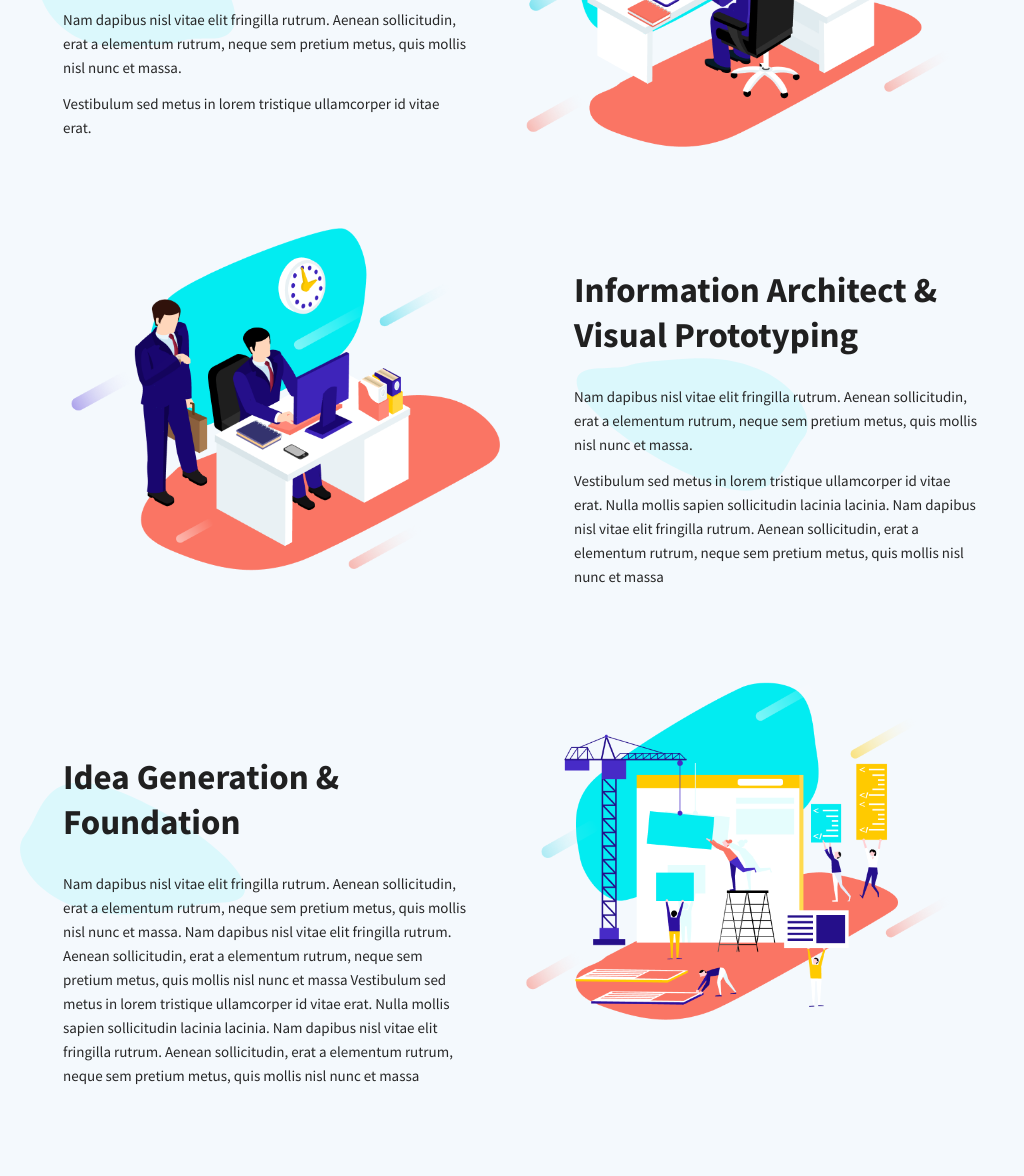
Repository: advert31337/marafon_from0to1_MartaUP
Page: index.html
These files come from the project's save history. The page is drawn as it stood at one moment and after the next save; the edit follows.
The browser window is 1024 px wide. The pictures show the part of the page from y = 1622 to 2798 px (the page is 2798 px tall before and 2774 px after).

Above is the page before, as saved 2020-03-08 17:41:31.

### index.html
<!DOCTYPE html>
<html lang="en">

<head>
    <meta charset="UTF-8">
    <meta name="viewport" content="width=device-width, initial-scale=1.0">
    <title>Marafon MartaUP</title>
    <link href="https://fonts.googleapis.com/css?family=Source+Sans+Pro:400,600,700&display=swap" rel="stylesheet">
    <link rel="stylesheet" href="css/reset.css">
    <link rel="stylesheet" href="css/slick.css">
    <link rel="stylesheet" href="css/style.css">
</head>

<body>
    <header class="header">

        <div class="container">
            <div class="header__top">

                <div class="logo">
                    <a href="#!">+
                        <img src="images/logo.svg" alt="">
                    </a>
                </div>

                <nav class="menu">
                    <div class="menu__btn">
                        <span>

                        </span>
                    </div>
                    <ul class="menu__list">
                        <li><a class="menu__list-item" href="#">home</a></li>
                        <li><a class="menu__list-item" href="#">work</a></li>
                        <li><a class="menu__list-item" href="#">about</a></li>
                        <li><a class="menu__list-item" href="#">contact</a></li>
                    </ul>
                </nav>

                <div class="header-btn">
                    <a class="login" href="#">login</a>
                    <a class="sign-up" href="#">sign up</a>
                </div>

            </div>

            <div class="header-slider">
                <div class="header-slider__item">
                    <div class="header-slider__item-content">

                        <div class="header-slider__item-info">
                            <h3 class="header-slider__title">
                                We Build Apps & Websites
                                for Your Business
                            </h3>
                            <div class="header-slider__description">
                                For startups, For businesses & For you
                            </div>
                            <a href="" class="header-slider__btn">Request a quote</a>
                        </div>

                        <div class="header-slider__item-images">
                            <img src="images/slider-img.png" alt="">
                        </div>
                    </div>
                </div>


                <div class="header-slider__item">
                    <div class="header-slider__item-content">

                        <div class="header-slider__item-info">
                            <h3 class="header-slider__title">
                                We Build Apps & Websites
                                for Your Business
                            </h3>
                            <div class="header-slider__description">
                                For startups, For businesses & For you
                            </div>
                            <a href="" class="header-slider__btn">Request a quote</a>
                        </div>

                        <div class="header-slider__item-images">
                            <img src="images/slider-img.png" alt="">
                        </div>
                    </div>
                </div>


                <div class="header-slider__item">
                    <div class="header-slider__item-content">

                        <div class="header-slider__item-info">
                            <h3 class="header-slider__title">
                                We Build Apps & Websites
                                for Your Business
                            </h3>
                            <div class="header-slider__description">
                                For startups, For businesses & For you
                            </div>
                            <a href="" class="header-slider__btn">Request a quote</a>
                        </div>

                        <div class="header-slider__item-images">
                            <img src="images/slider-img.png" alt="">
                        </div>
                    </div>
                </div>


                <div class="header-slider__item">
                    <div class="header-slider__item-content">

                        <div class="header-slider__item-info">
                            <h3 class="header-slider__title">
                                We Build Apps & Websites
                                for Your Business
                            </h3>
                            <div class="header-slider__description">
                                For startups, For businesses & For you
                            </div>
                            <a href="" class="header-slider__btn">Request a quote</a>
                        </div>

                        <div class="header-slider__item-images">
                            <img src="images/slider-img.png" alt="">
                        </div>
                    </div>
                </div>


                <div class="header-slider__item">
                    <div class="header-slider__item-content">

                        <div class="header-slider__item-info">
                            <h3 class="header-slider__title">
                                We Build Apps & Websites
                                for Your Business
                            </h3>
                            <div class="header-slider__description">
                                For startups, For businesses & For you
                            </div>
                            <a href="" class="header-slider__btn">Request a quote</a>
                        </div>

                        <div class="header-slider__item-images">
                            <img src="images/slider-img.png" alt="">
                        </div>
                    </div>
                </div>
            </div>

        </div>

    </header>

    <section class="specialised">
        <div class="container">
            <div class="specialised__title title">
                We are specialised in
            </div>
            <div class="specialised__items">
                <div class="specialised__item">
                    <div class="specialised__item-img">
                        <img src="images/specialise-1.svg" alt="">
                    </div>

                    <div class="specialise__item-title">
                        UI/UX Design
                    </div>
                    <div class="specialise__item-text">
                        In hac habitasse platea dictumstmus adipiscing fermentum quam volutpat aliquam. Integer cilisis tristique.
                    </div>
                </div>
                <div class="specialised__item">
                    <div class="specialised__item-img">
                        <img src="images/specialise-2.svg" alt="">
                    </div>
                    <div class="specialise__item-title">
                        Web Development
                    </div>
                    <div class="specialise__item-text">
                        In hac habitasse platea dictumstmus adipiscing fermentum quam volutpat aliquam. Integer cilisis tristique.
                    </div>
                </div>
                <div class="specialised__item">
                    <div class="specialised__item-img">
                        <img src="images/specialise-3.svg" alt="">
                    </div>
                    <div class="specialise__item-title">
                        App Development
                    </div>
                    <div class="specialise__item-text">
                        In hac habitasse platea dictumstmus adipiscing fermentum quam volutpat aliquam. Integer cilisis tristique.
                    </div>
                </div>
            </div>
        </div>
    </section>

    <section class="advantages">
        <div class="container">

            <div class="advantages-box">
                <div class="advantages-box__info">
                    <div class="advantages-box__title">
                        Experienced Designers & Developers
                    </div>
                    <div class="advantages-box__text">
                        <p>
                            Nam dapibus nisl vitae elit fringilla rutrum. Aenean sollicitudin, erat a elementum rutrum, neque sem pretium metus, quis mollis nisl nunc et massa.
                        </p>
                        <p>
                            Vestibulum sed metus in lorem tristique ullamcorper id vitae erat.
                        </p>
                    </div>
                </div>

                <div class="advantages-box__img">
                    <img src="images/advantages-1.png" alt="">
                </div>
            </div>

            <div class="advantages-box advantages-box--right">
                <div class="advantages-box__info">
                    <div class="advantages-box__title">
                        Information Architect &
                        Visual Prototyping
                    </div>
                    <div class="advantages-box__text">
                        <p>
                            Nam dapibus nisl vitae elit fringilla rutrum. Aenean sollicitudin, erat a elementum rutrum, neque sem pretium metus, quis mollis nisl nunc et massa.
                        </p>
                        <p>
                            Vestibulum sed metus in lorem tristique ullamcorper id vitae erat. Nulla mollis sapien sollicitudin lacinia lacinia. Nam dapibus nisl vitae elit fringilla rutrum. Aenean sollicitudin, erat a elementum rutrum, neque sem pretium metus, quis mollis nisl nunc et massa
                        </p>
                    </div>
                </div>
                <div class="advantages-box__img">
                    <img src="images/advantages-2.png" alt="">
                </div>
            </div>

            <div class="advantages-box">
                <div class="advantages-box__info advantages-box__info--bg">
                    <div class="advantages-box__title">
                        Idea Generation & Foundation
                    </div>
                    <div class="advantages-box__text">
                        <p>
                            Nam dapibus nisl vitae elit fringilla rutrum. Aenean sollicitudin, erat a elementum rutrum, neque sem pretium metus, quis mollis nisl nunc et massa. Nam dapibus nisl vitae elit fringilla rutrum. Aenean sollicitudin, erat a elementum rutrum, neque sem pretium metus, quis mollis nisl nunc et massa    Vestibulum sed metus in lorem tristique ullamcorper id vitae erat. Nulla mollis sapien sollicitudin lacinia lacinia. Nam dapibus nisl vitae elit fringilla rutrum. Aenean sollicitudin, erat a elementum rutrum, neque sem pretium metus, quis mollis nisl nunc et massa
                        </p>
                    </div>
                </div>

                <div class="advantages-box__img">
                    <img src="images/advantages-3.png" alt="">
                </div>
            </div>
        </div>
    </section>

    <!-- <section class="reviews">
        <div class="container">
            <div class="reviews__title title">
                Don’t Just Take Our Words
            </div>
            <div class="reviews__items">

                <div class="reviews__item">
                    <div class="reviews__item-head">
                        <img src="images/rev-1.jpg" alt="">
                        <div class="reviews__item-info">
                            <div class="reviews__item-name">
                                Arakat Bank
                            </div>
                            <div class="reviews__item-position">
                                International Bank Ltd.
                            </div>
                        </div>
                    </div>
                    <div class="reviews__item-text">
                        Fusce vehicula dolor arcu, sit amet blandit dolor mollis nec. Donec viverra eleifend lacus, vitae ullamcorper metus. Sed sollicitudin ipsum.
                    </div>
                </div>

                <div class="reviews__item">
                    <div class="reviews__item-head">
                        <img src="images/rev-2.jpg" alt="">
                        <div class="reviews__item-info">
                            <div class="reviews__item-name">
                                Chrsitopher Company Ltd.
                            </div>
                            <div class="reviews__item-position">
                                Design & Development
                            </div>
                        </div>
                    </div>
                    <div class="reviews__item-text">
                        Fusce vehicula dolor arcu, sit amet blandit dolor mollis nec. Donec viverra eleifend lacus, vitae ullamcorper metus. Sed sollicitudin ipsum.
                    </div>
                </div>

                <div class="reviews__item">
                    <div class="reviews__item-head">
                        <img src="images/rev-3.jpg" alt="">
                        <div class="reviews__item-info">
                            <div class="reviews__item-name">
                                Jigsawlab Studio Inc.
                            </div>
                            <div class="reviews__item-position">
                                Interactive Prototyping
                            </div>
                        </div>
                    </div>
                    <div class="reviews__item-text">
                        Fusce vehicula dolor arcu, sit amet blandit dolor mollis nec. Donec viverra eleifend lacus, vitae ullamcorper metus. Sed sollicitudin ipsum.
                    </div>
                </div>

            </div>
        </div>
    </section> -->

    <!-- <footer class="footer">
        <div class="container">
            <div class="footer__inner">
                <div class="footer__link">
                    <a href="#">About Martaup</a>
                    <a href="#">Help</a>
                    <a href="#">Privacy Policy</a>
                </div>
                <div class="footer__copy">
                    © 2013-2018 All rights reserved.
                </div>
            </div>
        </div>
    </footer> -->


    <script src="https://ajax.googleapis.com/ajax/libs/jquery/3.4.1/jquery.min.js"></script>
    <script src="js/slick.min.js"></script>
    <script src="js/main.js"></script>
</body>

</html>

### css/style.css
*{
    box-sizing: border-box;
}

body {
    font-family: 'Source Sans Pro', sans-serif;
    font-size: 15px;
    line-height: 24px;
}

a {
    text-decoration: none;
    color: inherit;
}
.header {
    background-image: url('../images/header-bg.jpg');
    min-height: 793px;
    background-repeat: no-repeat;
    background-size: cover;
    background-position: top center;
}

.container {
    max-width: 1200px;
    margin: 0 auto;
    padding: 0 15px 0 15px;

}

.header__top {
    display: flex;
    justify-content: space-between;
    height: 100px;
    align-items: center;
}

.menu__list {
    display: flex;
}

.menu__list li + li {
    padding-left: 50px;

}

.login {
    margin-right: 44px;
    color: #fff;
    text-transform: uppercase;
    font-weight: 600;
}

.menu__list a{
    opacity: 0.5;
    color: #fff;
    font-weight: 600;
    text-transform: uppercase;
    transition: all 0.5s;
}

.menu__list a:hover {
    opacity: 1;
}

.sign-up {
    text-transform: uppercase;
    color: #250f8a;
    font-weight: 600;
    background-color: #fff;
    padding: 8px 43px;
    border-radius: 20px;

}

.header-slider {
    padding-top: 111px;
}
.header-slider__item {

}
.header-slider__item-content {
    display: flex;
    justify-content: space-between;
}
.header-slider__item-info {
    max-width: 506px;
    color:#fff;
}
.header-slider__title {
    font-weight: 700;
    font-size: 45px;
    line-height: 60px;
    margin-bottom: 10px;
}
.header-slider__description {
    line-height: 55px;
    font-size: 24px;
    margin-bottom: 60px;
}
.header-slider__btn {
    font-weight: 600;
    text-transform: uppercase;
    color: #250F8A;
    padding: 13px 39px;
    background-color: #FFCA00;
    border-radius: 25px;
}
.header-slider__item-images {
    margin: 10px 82px 0 0;
}

.header-dots{
    list-style: none;
    position: absolute;
    right: 0;
    top: 50%;
    transform: translateY(-50%)
}

.header-dots button {
    border: none;
    background-color: #fff;
    opacity: 0.5;
    font-size: 0;
    padding: 0;
    width: 7px;
    height: 7px;
    border-radius: 3.5px;
    cursor: pointer;
    outline: none;
    margin: 10px auto;
    display: block;
}

.header-dots .slick-active button{
    width: 15px;
    opacity: 1;
}

.specialised{
    padding: 55px 0 93px;
    background-image: url(../images/special-bg.svg);
    background-position: left bottom;
    background-repeat: no-repeat;
    color: #202020;
    text-align: center;
}

.specialised__title {
    margin-bottom: 96px;
}
.title {
    font-size: 35px;
    line-height: 45px;
    font-weight: 700;
    text-align: center;
}

.specialised__items {
    display: flex;
    justify-content: space-between;
    max-width: 980px;
    margin: 0 auto;

}
.specialised__item {
    width: 280px;
}
.specialised__item-img {
    margin-bottom: 23px;
    min-height: 159px;
}
.specialise__item-title {
    margin-bottom: 11px;
    font-size: 20px;
    font-weight: 700;
}
.specialise__item-text {
   padding: 0 10px;
   color: #272727;
   opacity: 0.7;
}


.advantages {
    padding-top: 64px;
    background: #f4f9fd;
    background-image: url(../images/advantages-bg.svg);
    background-repeat: no-repeat;
    background-position: center right;
}

.advantages-box {
    display: flex;
    justify-content: space-between;
    padding-bottom: 76px;
}

 .advantages-box--right .advantages-box__info{
    order: 1;
    background-image: url(../images/title-bg-2.svg);
    background-position: 22px 130px;
}
.advantages-box__info {
    max-width: 455px;
    padding-top: 60px;
    background-image: url(../images/title-bg-1.svg);
    background-repeat: no-repeat;
    background-position: 22px 76px;
}

.advantages-box__info--bg{
    background-image: url(../images/title-bg-3.svg);
    background-position: 5px 105px;
}


.advantages-box__title {
    color: #202020;
    font-size: 35px;
    line-height: 45px;
    font-weight: 700;
    padding: 68px 0 15px 48px;

}
.advantages-box__text {
    padding-left: 48px;
    color: #272727;
}

.advantages-box__text p{
    margin: 12px 0;
}


.reviews {
    background-image: url(../images/reviews-bg.jpg);
    background-repeat: no-repeat;
    background-position: top center;
    background-size: cover;
    padding: 38px 53px;
}

.reviews__title {
    color: #fff;
    margin: 0 auto 48px;
    max-width: 384px;
}
.reviews__items {
    max-width: 940px;
    margin: 0 auto;
    display: flex;
    justify-content: space-between;
}
.reviews__item {
    width: 300px;
    border-radius: 5px;
    background-color: rgba(255, 255, 255, .2);
    padding: 35px 20px;
    color: #fff;
}
.reviews__item-head {
    margin-bottom: 13px;
    display: flex;
}

.reviews__item-head img{
    border-radius: 50%;
    margin-right: 20px;
}

.reviews__item-name {
    font-weight: 600;
}
.reviews__item-position {
    opacity: .5;
}
.reviews__item-text {
    text-align: center;
    padding-top: 39px;
    position: relative;
}

.reviews__item-text::before{
    content: "“";
    font-size: 40px;
    line-height: 55px;
    font-weight: 700;
    position: absolute;
    top: 0;
    left: 0;
    right: 0;
}

.footer{

}

.footer__inner {
    display: flex;
    justify-content: space-between;
    align-items: center;
    height: 61px;
    color: #272727;
    padding: 0 40px;
}
.footer__link a + a {
    margin-left: 20px;
}




@media (max-width: 1620px){
    .advantages{
        background-image: none;
    }
}


@media (max-width: 1201px){
    .specialised{
        background-size: 60px;
    }
}

@media (max-width: 1190px){
    .header-slider__item-images{
        margin: 50px 20px 0 0;
    }
    .header-slider__item-images img{
        width: 80%;
    }
    .header-slider__item-info{
        padding: 50px 0;
    }

    .header-slider{
        padding-top: 25px;
    }

    .advantages-box__img img{
        width: 80%
    }

    .advantages-box__img{
        text-align: center;
    }

    .advantages-box{
        justify-content: space-around;
    }

    .advantages-box--right .advantages-box__title{
        padding: 30px 0 15px 20px;
    }

    .advantages-box--right .advantages-box__text{
        padding-left: 20px;
    }

    .advantages-box--right .advantages-box__info{
        padding-right: 30px;
    }
}

@media (max-width: 1080px){
    .specialised{
        background-image: none;
    }

    .advantages-box__info{
        padding-top: 10px;
    }
}


@media (max-width: 924px){
    .header__top{
        flex-wrap: wrap;
    }

    .header-btn{
        width: 100%;
        text-align: right;
    }

    .login{
        margin-right: 30px;
    }

}

@media (max-width: 900px){
    .header-slider__item-images{
        display: none;
    }
}

@media (max-width: 775px) {
    .specialised{
        padding: 20px 0 40px;
    }

    .specialised__title{
        margin-bottom: 40px;
    }

    .specialised__items{
        flex-wrap: wrap;
    }

    .specialised__item{
        width: 50%;
        margin-bottom: 20px;
    }
}

@media (max-width: 570px) {
    .menu__list{
        display: none;
        position: absolute;
        top: 120px;
        left: 0;
        text-align: center;
        width: 100%;
        background-color: #1a50a8;
        z-index: 5;
    }

    .menu__list li + li{
        padding-left: 0;
    }

    .menu__list a{
        display: block;
        padding: 10px;
    }

    .menu__btn{
        width: 30px;
        height: 20px;
        position: relative;

    }

    .menu__btn span{
        width: 100%;
        height: 2px;
        background-color: #fff;
        top:9px;
        position: absolute;
    }

    .menu__btn::after,
    .menu__btn::before{
        content: "";
        height: 2px;
        width: 100%;
        background-color: #fff;
        position: absolute;
    }

    .menu__btn::after{
        top: 0;
    }

    .menu__btn::before{
        bottom: 0;
    }

    .header-slider__item-info{
        padding: 10px 30px 10px 0;
    }

    .header{
        min-height: 580px;
    }

    .header-slider__description{
        margin-bottom: 20px;
        font-size: 20px;
        line-height: 35px;
    }

    .header-slider__title{

        font-size: 35px;
        line-height: 45px;

    }


    .specialised__items{
        display: block;
    }

    .specialised__item{
        width: 100%;

    }

    .title{
        font-size: 30px;
        line-height: 40px;
    }



}

@media (min-width: 570px){
    .menu__list{
        display: flex !important;
    }

}

### js/main.js
$(function(){
    $('.header-slider').slick({
        arrows: false,
        vertical: true,
        dots: true,
        dotsClass: 'header-dots',
        autoplay: 2000,

    })

    $('.menu__btn').on('click', function(){
        $('.menu__list').slideToggle()
    })
})

Loaded but not shown: css/reset.css (common file); css/slick.css (common file); js/slick.min.js (library)

After the next save:
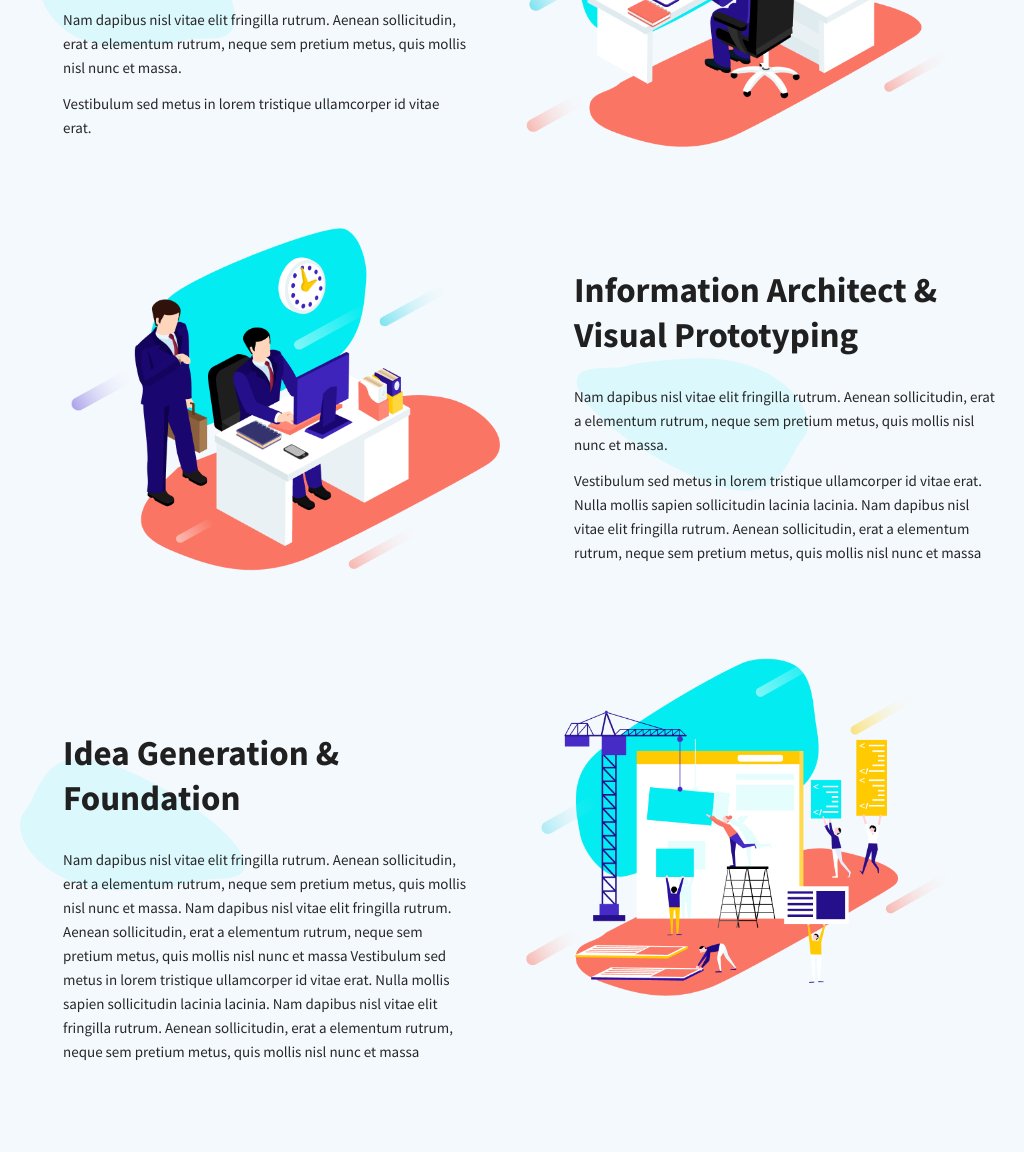
Saved 28 s later.
--- a/css/style.css
+++ b/css/style.css
@@ -372,6 +372,10 @@ a {
     .advantages-box__info{
         padding-top: 10px;
     }
+
+    .advantages-box--right .advantages-box__info{
+        padding-right: 10px;
+    }
 }
 
 
